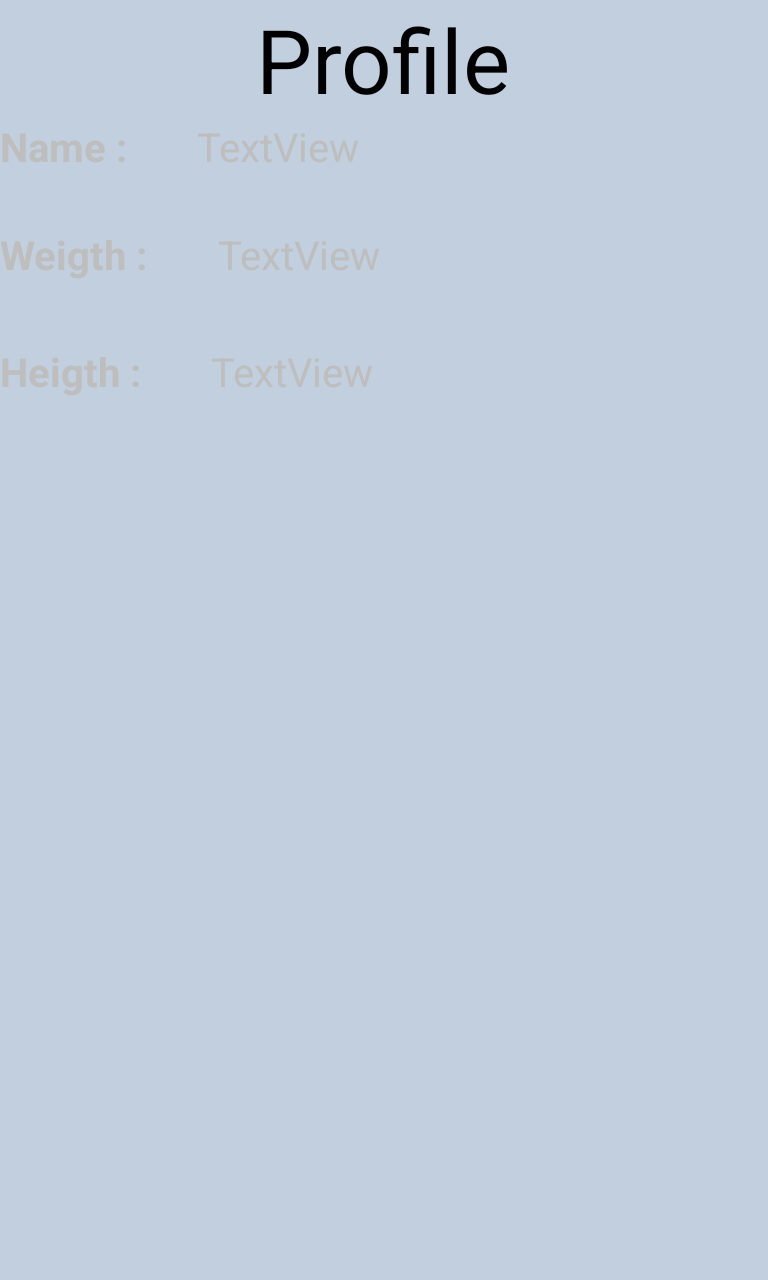
Repository: parinya1968/My-project
Layout: DroidWork/getBig/res/layout/viewprofiles.xml
These files come from the project's save history. The layout is drawn as it stood at one moment and after the next save; the edit follows.
It is drawn on a 768 x 1280 px phone screen (xhdpi) without system bars, with theme android:Theme.NoTitleBar.Fullscreen; the app's code is not run.

Above is the layout before, as saved 2012-06-21 05:11:14.

After the next save:
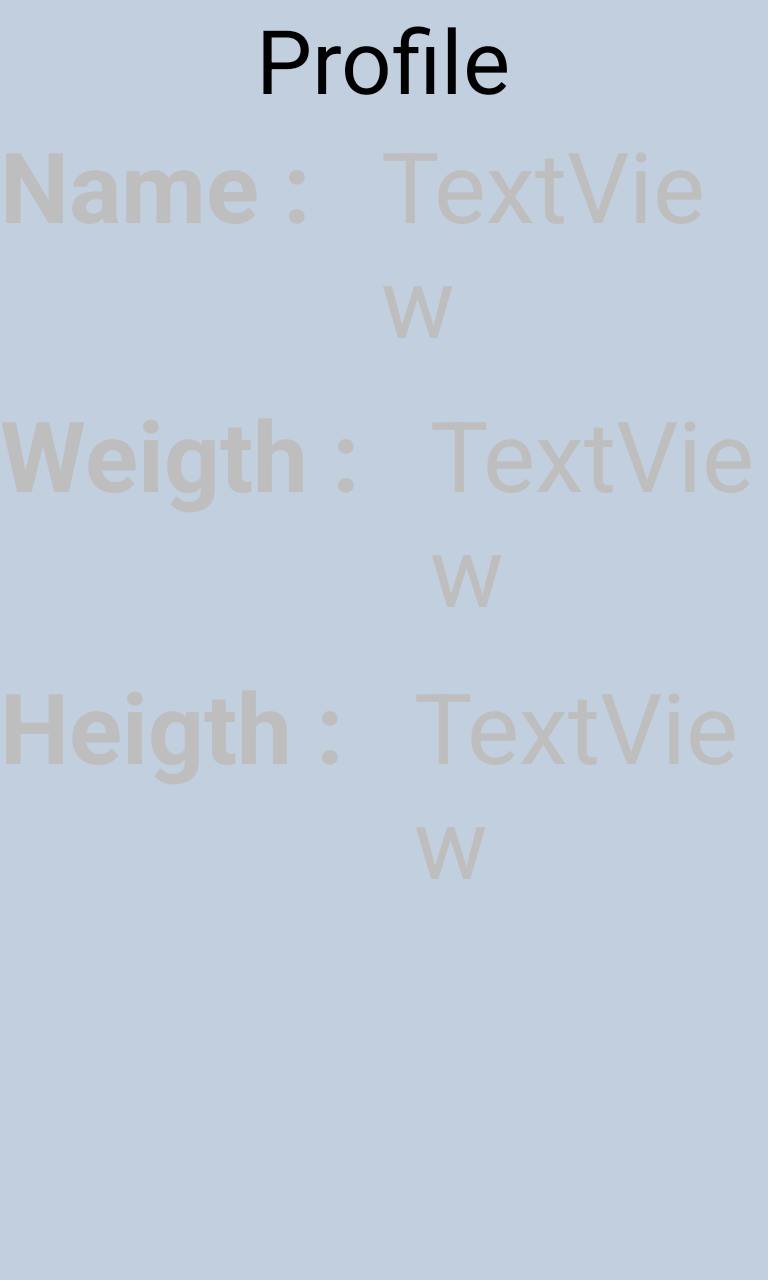
Saved 58 s later.
--- a/DroidWork/getBig/res/layout/viewprofiles.xml
+++ b/DroidWork/getBig/res/layout/viewprofiles.xml
@@ -26,7 +26,7 @@
             android:layout_width="wrap_content"
             android:layout_height="wrap_content"
             android:text="Name :"
-            android:textSize="20dp"
+            android:textSize="22pt"
             android:textStyle="bold" />
 
         <TextView
@@ -35,7 +35,7 @@
             android:layout_height="wrap_content"
             android:layout_marginLeft="35dp"
             android:text="TextView"
-            android:textSize="20dp" />
+            android:textSize="22pt" />
     </LinearLayout>
 
 
@@ -51,7 +51,7 @@
             android:layout_width="wrap_content"
             android:layout_height="wrap_content"
             android:text="Weigth :"
-            android:textSize="20dp"
+            android:textSize="22pt"
             android:textStyle="bold" />
 
         <TextView
@@ -60,7 +60,7 @@
             android:layout_height="wrap_content"
             android:layout_marginLeft="35dp"
             android:text="TextView"
-            android:textSize="20dp" />
+            android:textSize="22pt" />
     </LinearLayout>
 
 
@@ -75,7 +75,7 @@
             android:layout_width="wrap_content"
             android:layout_height="wrap_content"
             android:text="Heigth :"
-            android:textSize="20dp"
+            android:textSize="22pt"
             android:textStyle="bold" />
 
         <TextView
@@ -84,7 +84,7 @@
             android:layout_height="wrap_content"
             android:layout_marginLeft="35dp"
             android:text="TextView"
-            android:textSize="20dp" />
+            android:textSize="22pt" />
     </LinearLayout>
 
 </LinearLayout>
